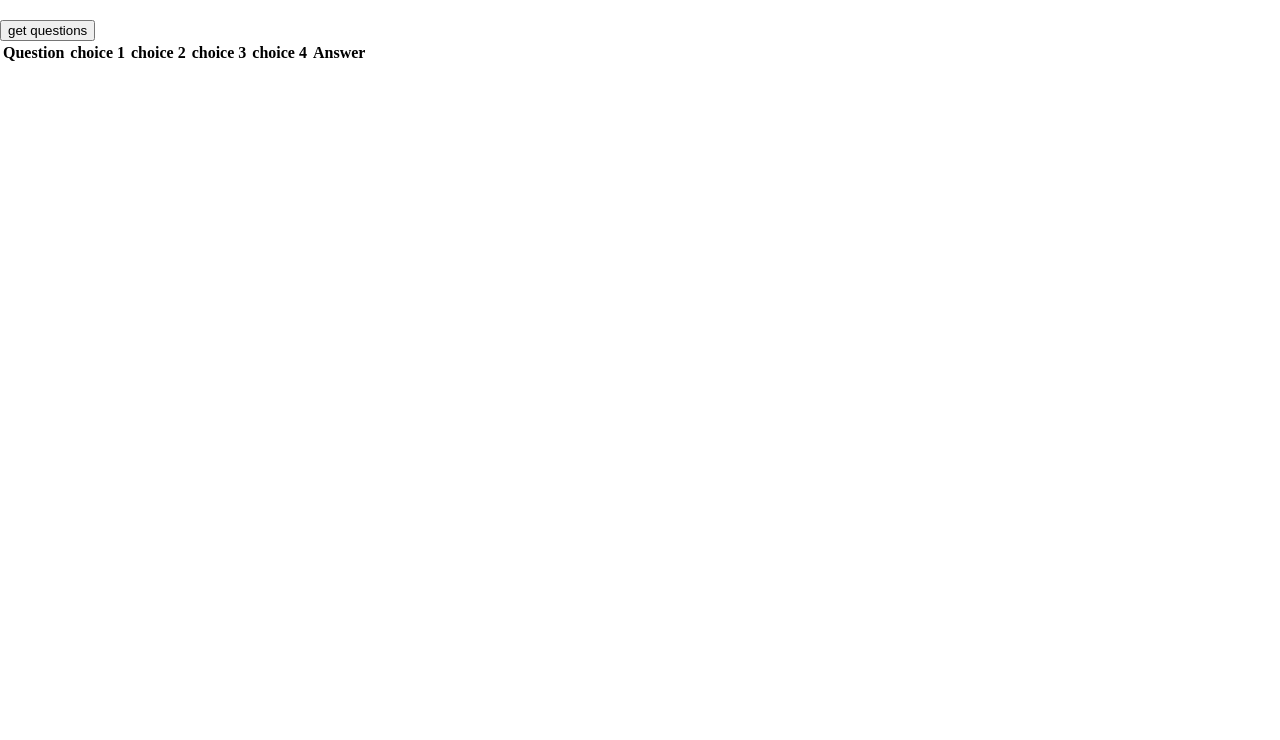
Repository: alafty/ACML-Project
Page: /getQuiz (app in frontend/)
An editor plug-in stored every save of this project. The page is shown before and after the next save, followed by the edit.
The browser window is 1280 px wide. The pictures show the whole page.
The page's requests for data from a server got no answer. The project was rebuilt for these pictures with package versions that can differ from the ones it lists, and the page was loaded fresh each time. No one was signed in, and anything a server would have sent is missing. Also part of the build but not shown: frontend/src/components/header.tsx, frontend/src/pages/Register/Register.tsx, frontend/src/app/UsersServices.ts, frontend/src/pages/Login/Login.tsx, frontend/src/pages/Landing.tsx, frontend/src/pages/Register/IndividualTraineeRegister.tsx, frontend/src/pages/Register/InstructorRegister.tsx, frontend/src/pages/Register/CorporateTraineeRegister.tsx and 5 more. Imported but missing from the stored project, and not drawn on this page: frontend/src/pages/Legal/Legal.tsx, frontend/src/reportWebVitals.

Above is the page before, as saved 2022-12-17 17:05:21.

### frontend/src/index.js
import React from 'react';
import { createRoot } from 'react-dom/client';
import { Provider } from 'react-redux';
import { store } from './app/store';
import App from './App';
import reportWebVitals from './reportWebVitals';

const container = document.getElementById('root');
const root = createRoot(container);

root.render(
  <React.StrictMode>
    <Provider store={store}>
      <App />
    </Provider>
  </React.StrictMode>
);

// If you want to start measuring performance in your app, pass a function
// to log results (for example: reportWebVitals(console.log))
// or send to an analytics endpoint. Learn more: https://bit.ly/CRA-vitals
reportWebVitals();

### frontend/src/App.tsx
import React from 'react'
import {BrowserRouter as Router, Routes, Route} from 'react-router-dom'
import Register from './pages/Register/Register.tsx'
import Login from './pages/Login/Login.tsx'
import Landing from './pages/Landing.tsx'
import IndividualTrainee from './pages/Register/IndividualTraineeRegister.tsx'
import InstructorRegister from './pages/Register/InstructorRegister.tsx'
import CorporateTrainee from './pages/Register/CorporateTraineeRegister.tsx'
import CreateQuiz from './pages/Instructor/CreateQuiz.tsx'
import InstructorDetails from './pages/Instructor/InstructorDetails.tsx'
import Home from './pages/Home.tsx'
import Legal from './pages/Legal/Legal.tsx'
import LegalInstructor from './pages/Legal/LegalInstructor.tsx'
import SolveSolveEx from './pages/Course/SolveSolveEx.tsx'


const defaultGlobalState = {
  loggedInUser: {}
};

const globalStateContext = React.createContext(defaultGlobalState);
const dispatchStateContext = React.createContext(undefined);

const GlobalStateProvider = ({ children }) => {
  const [state, dispatch] = React.useReducer(
    (state, newValue) => ({ ...state, ...newValue }),
    defaultGlobalState
  );
  return (
    <globalStateContext.Provider value={state}>
      <dispatchStateContext.Provider value={dispatch}>
        {children}
      </dispatchStateContext.Provider>
    </globalStateContext.Provider>
  );
};

export const useGlobalState = () => [
  React.useContext(globalStateContext),
  React.useContext(dispatchStateContext)
];


function app() {

  return (
    <GlobalStateProvider>
      <Router>
        <div>
          <Routes>
            <Route path='/' element={<Landing/>} />
            <Route path='/register' element={<Register/>} />
            <Route path='/login' element={<Login/>} />
            <Route path='/indivTraineeRegister' element={<IndividualTrainee/>} />
            <Route path='/instructorRegister' element={<InstructorRegister/>} />
            <Route path='/corpTraineeRegister' element={<CorporateTrainee/>} />
            <Route path='/home' element={<Home/>} />
            <Route path='/instructorHome' element={<InstructorDetails/>} />
            <Route path='/legal' element= {<Legal/>} />
            <Route path='/legalinstructor' element= {<LegalInstructor/>} />

            <Route path='/createquiz' element={<CreateQuiz/>} />
            <Route path='/getQuiz' element={<SolveSolveEx QuizID= {1}/>} />


          </Routes>
        </div>
      </Router>
    </GlobalStateProvider>

  )
}

export default app;

### frontend/src/pages/Course/SolveSolveEx.tsx
import React,{Component} from "react";
import axios from 'axios';
import questionBankModel from "../Models/questionBank.tsx";
type State = {
    Question: [questionBankModel]

}

    export default class Create extends Component<{QuizID}, State> {

    constructor(props: any) {
        super(props);


        this.state = {
            Question: [''],

        }

        this.onSubmit = this.onSubmit.bind(this);


    }



    async  onSubmit(e) {
        e.preventDefault();





       console.log(this.state)
    }

        render() {
            const newQuery ={
                Subject:this.props.QuizID
            }
            axios.post('http://localhost:8000/Quiz/getQuiz',newQuery)
            .then(res=> this.setState({Question:res.data}));
            return (
                <div style={{marginTop: 20}}>

                    <button  onClick={this.onSubmit}>get questions</button>
                    {this.state.Question.map((question)=>(

                <table >
                    <thead >
                        <tr>
                        <th>Question</th> <br></br>
                        <th>choice 1</th> <br></br>
                        <th>choice 2</th> <br></br>
                        <th>choice 3</th> <br></br>
                        <th>choice 4</th> <br></br>
                        <th>Answer</th> <br></br>

                        </tr>
                    </thead>
                    <tbody>
         <tr>
           <td>{question.Question}</td> <br></br>
           <td>{question.Choice1}</td> <br></br>
           <td>{question.Choice2}</td> <br></br>
           <td>{question.Choice3}</td> <br></br>
           <td>{question.Choice4}</td> <br></br>
           <td>{question.Answer}</td> <br></br>




         </tr>
         </tbody>

                </table>



             ))}

                </div>
            )
        }

}

### frontend/src/Styling/mainLayout.css

:root {
    --primaryLight: #dbe1f8;
    --primary: #829df7;
    --secondary: #e66bba;
    --text: #3b3086;
    --white: #d9ebf9;
}

html, body {
    height: 100%;
    width: 100%;
    margin: 0px;
}

.container {
    display: flex;
    flex-direction: column;
}

.landing-header {
    display: flex;
    flex-direction: row;
    justify-content: space-between;
    background-color: var(--primary);
    height: 8vh;
    align-items: center;
    padding: 15px;
}

.logo {
    background-image: url('../assets/logo.png');
    background-size: cover;
    width: 300px;
    height: 80px;
}
.search-bar {
    width: 400px;
    background-color: var(--white);
    border-radius: 10px;
}

.selector {
    width: 400px;
    margin-left: 160px;
    background-color: var(--white);
}

#button-search {
    margin-left: 20px;
    padding: 10px;
    padding-inline: 20px;
    color: var(--white);
    background-color: var(--secondary);
}

.body {
        background-color: var(--primaryLight);
        height: 90vh;
        background-size: cover;
}

.title {
    font-family: Arial, Helvetica, sans-serif;
    font-size: 64px;
    margin-top: 250px;
    padding-inline: 150px;
    color: var(--text);
}

.landing-subtitle {
    font-family: Arial, Helvetica, sans-serif;
    font-weight:lighter;
    margin-top: -40px;
    font-size: 24px;
    padding-inline: 160px;
    color: var(--text);
}

#filled-button {
    padding-inline: 50px;
    padding-block: 10px;
    background-color: var(--secondary);
    margin: 20px;
    margin-left: 160px;
    font-size: 24px;
}

#outlined {
    padding-inline: 50px;
    padding-block: 10px;
    border-color: var(--secondary);
    color: var(--secondary);
    margin: 20px;
    font-size: 24px;
}

.hat {
    background-image: url('../assets/hat.png');
    background-size: cover;
    height: 500px;
    width: 500px;
    margin-top: -150px;
    margin-right: 150px;
}

.form{
    display: flex;
    flex-direction: column;
    margin-left: 150px;
}

.legal-border{
    margin: 20px;
    padding: 20px;
    background-color: #ffffff;
    border-radius: 20px;
}

.courses-panel-bg{
    display: flex;
    flex-direction: row;
    padding: 20px;
    border-radius: 20px;
    background-color: var(--white);
    width: 75%;
    height: 40%;
    margin-left: 150px;
    box-shadow: rgba(100, 100, 111, 0.2) 0px 7px 29px 0px;

}

.course-card{
    display: flex;
    flex-direction: column;
    padding: 10px;
    border-radius: 10px;
    background-color: #ffffff;
    width: 17%;
    height: 90%;
    margin-inline: 20px;
    margin-block: 10px;
    box-shadow: rgba(100, 100, 111, 0.2) 0px 7px 29px 0px;
}

### frontend/src/Styling/landing.css
html, body {
    height: 100%;
    width: 100%;
    margin: 0px;
}

.container {
    display: flex;
    flex-direction: column;
}

.landing-header {
    display: flex;
    flex-direction: row;
    justify-content: space-between;
    background-color: #829df7;
    height: 8vh;
    align-items: center;
    padding: 15px;
}

.logo {
    background-image: url('../assets/logo.png');
    background-size: cover;
    width: 300px;
    height: 80px;
}
.search-bar {
    width: 400px;
    background-color: #FFFFFF;
    border-radius: 10px;
}

.selector {
    width: 400px;
    margin-left: 160px;
}

#button-search {
    margin-left: 20px;
    padding: 10px;
    padding-inline: 20px;
    color: #ffffff;
    background-color: #e66bba;
}

.body {
        background-color: #dbe1f8;
        height: 92vh;
        background-size: cover;
}

#landing-footer {
    display: flex;
    flex-direction: row;
    background-color: #829df7;
    height: 6vh;
    width: 100vw;
}

.title {
    font-family: Arial, Helvetica, sans-serif;
    font-size: 64px;
    margin-top: 250px;
    padding-inline: 150px;
    color: #3b3086;
}

.landing-subtitle {
    font-family: Arial, Helvetica, sans-serif;
    font-weight:lighter;
    margin-top: -40px;
    font-size: 24px;
    padding-inline: 160px;
    color: #3b3086;
}

#filled-button {
    padding-inline: 50px;
    padding-block: 10px;
    background-color: #e66bba;
    margin: 20px;
    margin-left: 160px;
    font-size: 24px;
}
#outlined {
    padding-inline: 50px;
    padding-block: 10px;
    border-color: #e66bba;
    color: #e66bba;
    margin: 20px;
    font-size: 24px;
}

.hat {
    background-image: url('../assets/hat.png');
    background-size: cover;
    height: 500px;
    width: 500px;
    margin-top: -150px;
    margin-right: 150px;
}

.form{
    display: flex;
    flex-direction: column;
    margin-left: 150px;
}

Loaded but not shown: frontend/public/index.html (common file); frontend/src/app/store.js (common file)

After the next save:
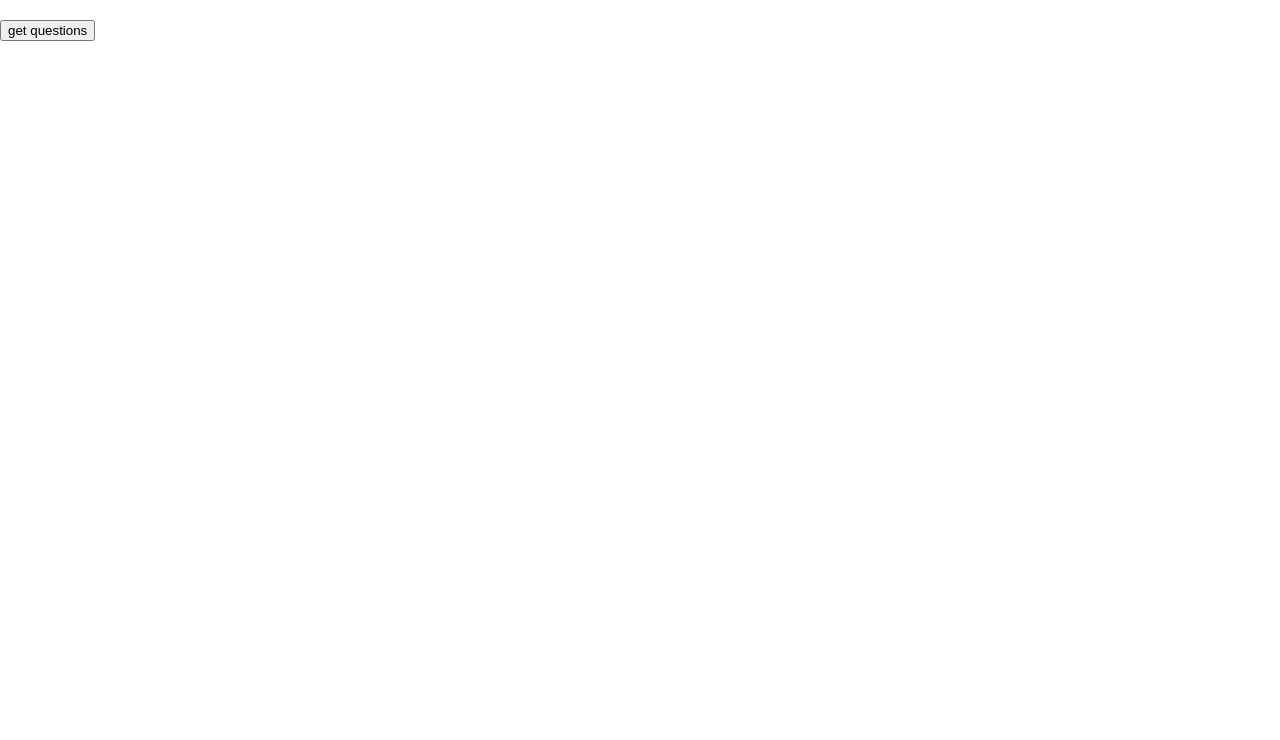
Saved 16 min 41 s later.
--- a/frontend/src/pages/Course/SolveSolveEx.tsx
+++ b/frontend/src/pages/Course/SolveSolveEx.tsx
@@ -46,40 +46,19 @@
                     <button  onClick={this.onSubmit}>get questions</button>
                     {this.state.Question.map((question)=>(
 
-                <table >
-                    <thead >
-                        <tr>
-                        <th>Question</th> <br></br>
-                        <th>choice 1</th> <br></br>
-                        <th>choice 2</th> <br></br>
-                        <th>choice 3</th> <br></br>
-                        <th>choice 4</th> <br></br>
-                        <th>Answer</th> <br></br>
-
-                        </tr>
-                    </thead>
-                    <tbody>
-         <tr>
-           <td>{question.Question}</td> <br></br>
-           <td>{question.Choice1}</td> <br></br>
-           <td>{question.Choice2}</td> <br></br>
-           <td>{question.Choice3}</td> <br></br>
-           <td>{question.Choice4}</td> <br></br>
-           <td>{question.Answer}</td> <br></br>
+                       <h1>{question.Question}</h1>
 
 
 
 
-         </tr>
-         </tbody>
 
-                </table>
 
 
 
              ))}
+                        </div>
 
-                </div>
+
             )
         }
 

After the 2 saves that followed:
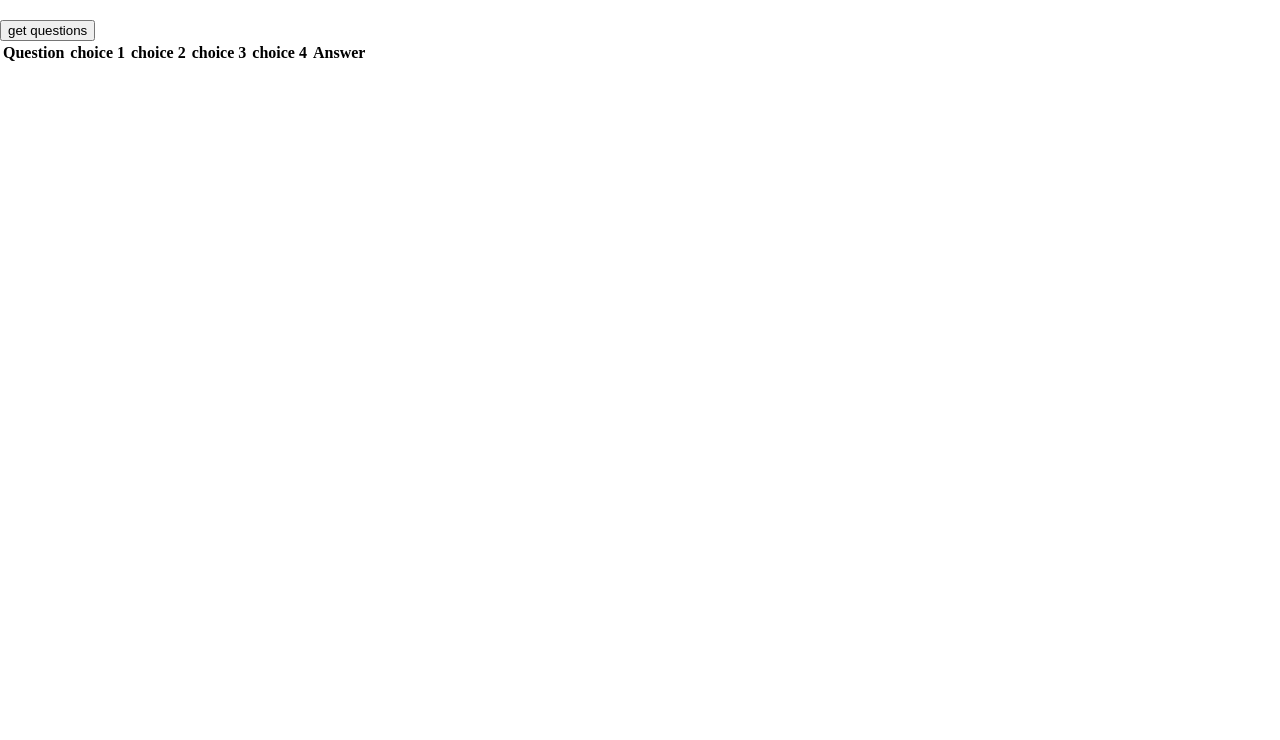
The 2 saves are shown as one change because 1 did not build or start.
The last was saved 2 min 57 s later.
--- a/frontend/src/pages/Course/SolveSolveEx.tsx
+++ b/frontend/src/pages/Course/SolveSolveEx.tsx
@@ -46,19 +46,40 @@
                     <button  onClick={this.onSubmit}>get questions</button>
                     {this.state.Question.map((question)=>(
 
-                       <h1>{question.Question}</h1>
+                <table >
+                    <thead >
+                        <tr>
+                        <th>Question</th> <br></br>
+                        <th>choice 1</th> <br></br>
+                        <th>choice 2</th> <br></br>
+                        <th>choice 3</th> <br></br>
+                        <th>choice 4</th> <br></br>
+                        <th>Answer</th> <br></br>
+
+                        </tr>
+                    </thead>
+                    <tbody>
+         <tr>
+           <td>{question.Question}</td> <br></br>
+           <td>{question.Choice1}</td> <br></br>
+           <td>{question.Choice2}</td> <br></br>
+           <td>{question.Choice3}</td> <br></br>
+           <td>{question.Choice4}</td> <br></br>
+           <td>{question.Answer}</td> <br></br>
 
 
 
 
+         </tr>
+         </tbody>
 
+                </table>
 
 
 
              ))}
-                        </div>
 
-
+                </div>
             )
         }
 
